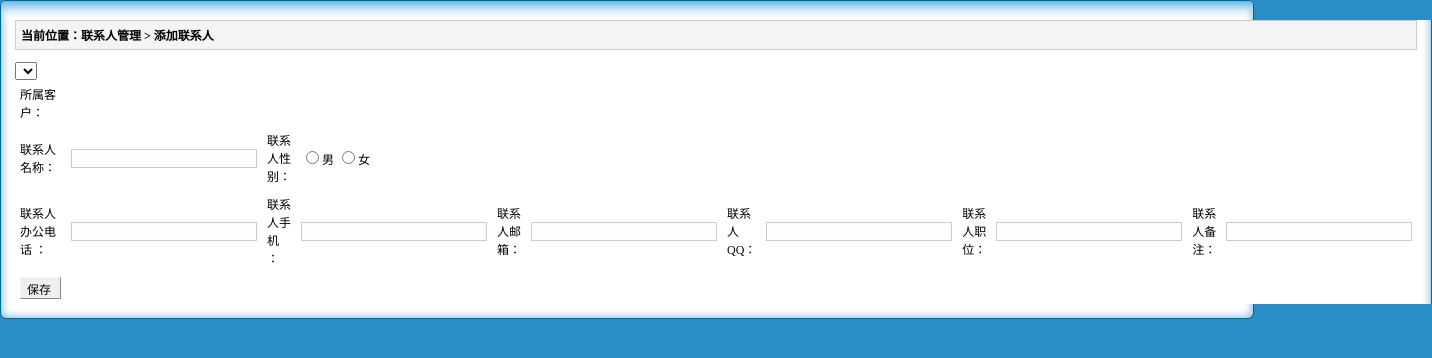
Repository: ChetWei/eclipse-workspace
Page: http://localhost/SSH_CRM/jsp/linkman/add.jsp
The author's editor kept a copy of each file at every save. The page is drawn from the files as they stood at one save, then again after the next save.
The browser window is 1280 px wide. The page is 1432 px wide, then 1280 px, so the pictures cover 1432 px, including what lies to the right of the window. The pictures show the whole page.
The page is served by Tomcat 9. Nobody is signed in. The application's start-up code is not run.

Above is the page before, as saved 2018-08-25 02:57:43.

After the next save:
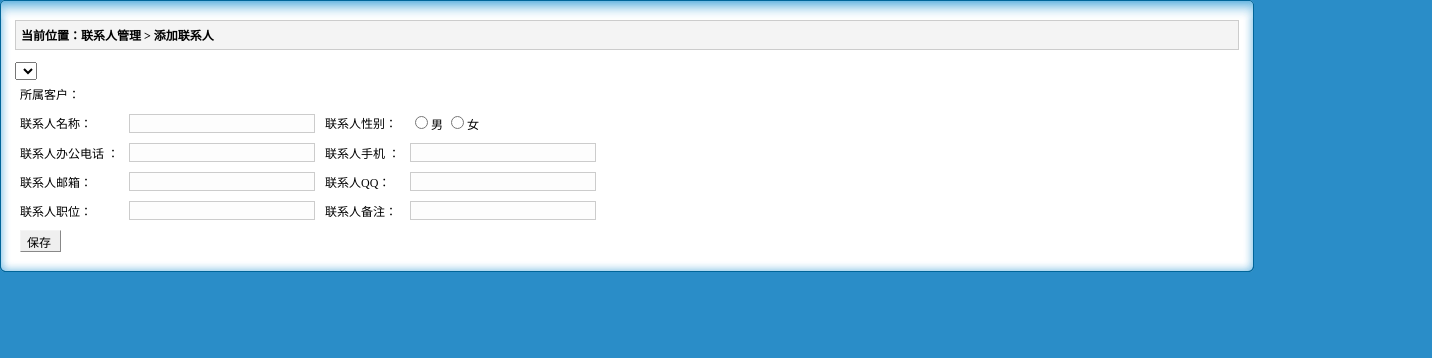
Saved 89 s later.
--- a/SSH_CRM/WebContent/jsp/linkman/add.jsp
+++ b/SSH_CRM/WebContent/jsp/linkman/add.jsp
@@ -60,12 +60,16 @@
 								<td>联系人手机 ：</td>
 								<td><INPUT class=textbox id=sChannel2 style="WIDTH: 180px"
 									maxLength=50 name="lkm_mobile"></td>
+							</TR>
+							<TR>
 								<td>联系人邮箱：</td>
 								<td><INPUT class=textbox id=sChannel2 style="WIDTH: 180px"
 									maxLength=50 name="lkm_name"></td>
 								<td>联系人QQ：</td>
 								<td><INPUT class=textbox id=sChannel2 style="WIDTH: 180px"
 									maxLength=50 name="lkm_name"></td>
+							</TR>
+							<TR>
 								<td>联系人职位：</td>
 								<td><INPUT class=textbox id=sChannel2 style="WIDTH: 180px"
 									maxLength=50 name="lkm_name"></td>
